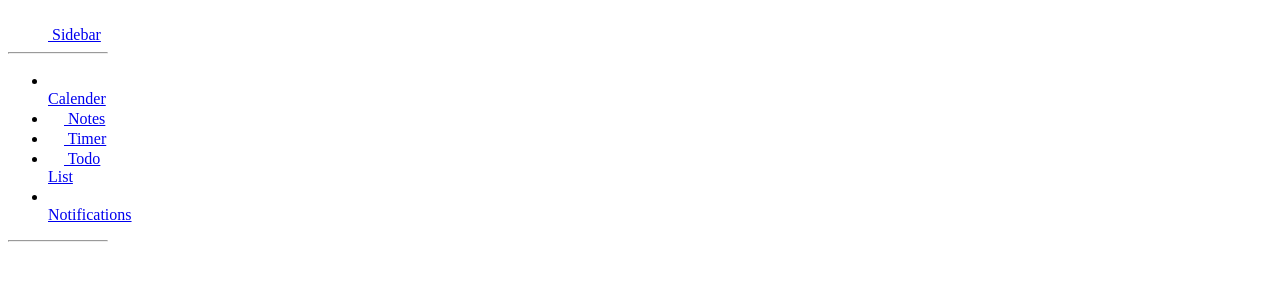
Repository: marios-petrov/NuPath
Page: softwareengineering1/softwareengineering1/templates/navbar.html
These files come from the project's save history. The page is drawn as it stood at one moment and after the next save; the edit follows.
The browser window is 1280 px wide. The pictures show the whole page.

Above is the page before, as saved 2024-02-20 22:00:18.

After the next save:
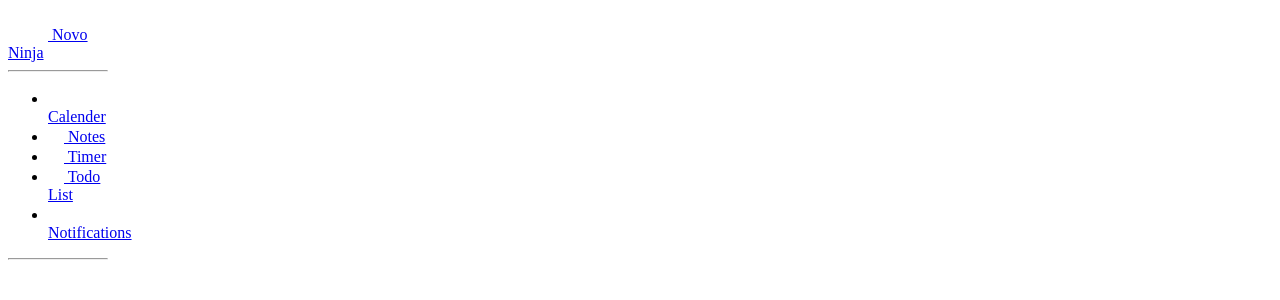
Saved 4 min 27 s later.
--- a/softwareengineering1/softwareengineering1/templates/navbar.html
+++ b/softwareengineering1/softwareengineering1/templates/navbar.html
@@ -1,7 +1,7 @@
 <div class="d-flex flex-column flex-shrink-0 p-3 text-white bg-dark min-vh-100 col-2" style="width: 100px;">
   <a href="/" class="d-flex align-items-center mb-3 mb-md-0 me-md-auto text-white text-decoration-none">
     <svg class="bi me-2" width="40" height="32"><use xlink:href="#bootstrap"></use></svg>
-    <span class="fs-4">Sidebar</span>
+    <span class="fs-4">Novo Ninja</span>
   </a>
   <hr>
   <ul class="nav nav-pills flex-column mb-auto">
